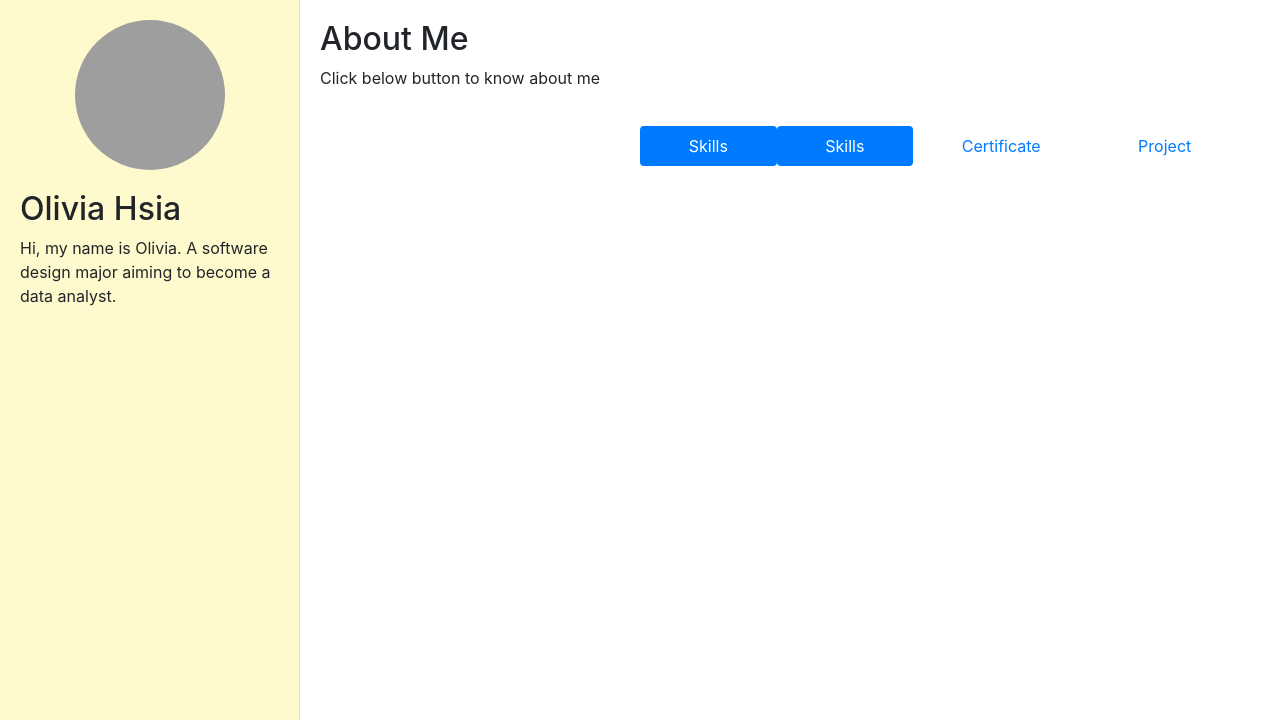
Repository: oliviahsia/FinalProject
Page: src/main/webapp/WEB-INF/main.html
These files come from the project's save history. The page is drawn as it stood at one moment and after the next save; the edit follows.
The browser window is 1280 px wide. The pictures show the whole page.
Pictures or frames that could not be fetched are drawn as grey boxes. An inner scrolling area shows only its first screen. Some web libraries are served in a nearby version.

Above is the page before, as saved 2024-03-09 18:24:55.

### src/main/webapp/WEB-INF/main.html
<!DOCTYPE html>
<html lang="en">

<head>
  <meta charset="UTF-8">
  <meta name="viewport" content="width=device-width, initial-scale=1.0">
  <title>Olivia's Portfolio</title>

  <!-- Bootstrap CSS -->
  <link rel="stylesheet" href="https://stackpath.bootstrapcdn.com/bootstrap/4.5.2/css/bootstrap.min.css">
  <!-- External CSS File -->
  <link rel="stylesheet" href="main.css">
</head>

<body>
  <div class="fixed-left">
    <!-- Content in left column -->
    <img src="https://lh3.googleusercontent.com/a/ACg8ocKWVQM9hWLLmIxDOQ-8DDjxv5seJuP0P7FXzxbhLupS1Ffm=s576-c-no"
      alt="Olivia Hsia" class="profile-pic">
    <h2>Olivia Hsia</h2>
    <p>Hi, my name is Olivia. A software design major aiming to become a data analyst. </p>
  </div>

  <div class="scrollable-right">
    <!-- Content in right column -->
    <h2>About Me</h2>
    <p>Click below button to know about me</p>

    <div class="scrollable-right">

      <!-- Navigation buttons replaced with Bootstrap nav-pills -->

      <ul class="nav nav-pills nav-fill">
        <li class="nav-item">
           <a class="nav-link active" href="#" onclick="showSection('Skills',this)">Skills</a>
                </li>

        <li class="nav-item">
          <a class="nav-link active" href="#" onclick="showSection('Skills',this)">Skills</a>
        </li>

        <li class="nav-item">
          <a class="nav-link" href="#" onclick="showSection('Certificate',this)">Certificate</a>
        </li>

        <li class="nav-item">
          <a class="nav-link" href="#" onclick="showSection('Project',this)">Project</a>
        </li>

      </ul>

<!-- Content sections (update as needed with card-like design) -->
<div id="Skills" class="content-section">
  <!-- Add card-like elements here -->
</div>
<div id="Certificate" class="content-section" style="display: none;">
  <!-- Add card-like elements here -->
</div>
<div id="Project" class="content-section" style="display: none;">
  <!-- Add card-like elements here -->
</div>



    </div>

    <!-- Add more content as needed to enable scrolling -->
  </div>

  <!-- Bootstrap JS and dependencies (Optional) -->
  <script src="https://code.jquery.com/jquery-3.5.1.slim.min.js"></script>
  <script src="https://cdn.jsdelivr.net/npm/@popperjs/core@2.5.4/dist/umd/popper.min.js"></script>
  <script src="https://stackpath.bootstrapcdn.com/bootstrap/4.5.2/js/bootstrap.min.js"></script>

  <script src="js/script.js"></script>
</body>

</html>

### src/main/webapp/WEB-INF/main.css
/* Custom styles */
body,
html {
  height: 100%;
  margin: 0;
  /* Remove default margin */
}

.fixed-left {
  position: fixed;
  top: 0;
  left: 0;
  width: 300px;
  /* Set the width of the left column */
  height: 100%;
  background-color: #FFFACD;
  /* Goose yellow for the left column */
  border-right: 1px solid #dee2e6;
  /* Optional border */
  overflow-x: hidden;
  /* Prevent horizontal scrollbar */
  padding: 20px;
  /* Optional padding */
}

.profile-pic {
  width: 150px;
  /* Adjust the size as needed */
  height: 150px;
  /* Adjust the size as needed */
  border-radius: 50%;
  /* Makes the image round */
  display: block;
  /* To center the image in the div */
  margin: 0 auto 20px;
  /* Centers the image and adds space below */
}

.scrollable-right {
  margin-left: 300px;
  /* Same as the width of the left column */
  padding: 20px;
  height: 100%;
  overflow-y: auto;
  /* Enable vertical scrollbar if content overflows */
  background-color: #FFFFFF;
  /* White for the right column */
}

.navigation-buttons button {
  padding: 10px;
  margin-right: 5px;
  cursor: pointer;
}

.content-section {
  display: none;
  /* Hide all sections by default */
}


/* Initial visible section */
#all {
  display: block;
}

### src/main/webapp/WEB-INF/js/script.js
function showSection(sectionId,buttonElement) {
  // First Hide all sections
  var sections = document.getElementsByClassName('content-section');

  for (var i = 0; i < sections.length; i++) {
    sections[i].style.display = 'none';
  }

  // Remove active class from all buttons
  var buttons = document.getElementsByClassName('nav-link');

  for (var i = 0; i < buttons.length; i++) {
    buttons[i].classList.remove('active');
  }

  // Show the selected section
  document.getElementById(sectionId).style.display = 'block';

  // Add active class to the clicked button
  buttonElement.classList.add('active');
}

After the next save:
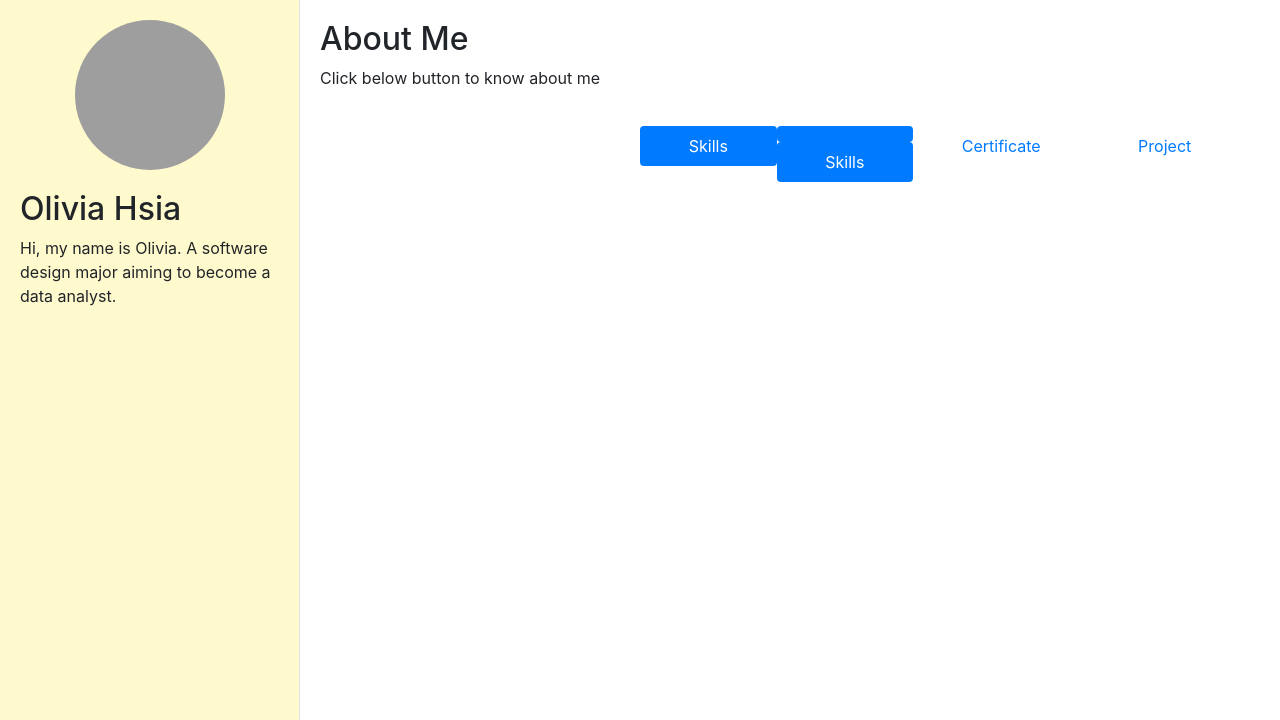
Saved 4 s later.
--- a/src/main/webapp/WEB-INF/main.html
+++ b/src/main/webapp/WEB-INF/main.html
@@ -32,8 +32,7 @@
 
       <ul class="nav nav-pills nav-fill">
         <li class="nav-item">
-           <a class="nav-link active" href="#" onclick="showSection('Skills',this)">Skills</a>
-                </li>
+           <a class="nav-link active" href="#" onclick="showSection('Skills',this)">Skills</a</li>
 
         <li class="nav-item">
           <a class="nav-link active" href="#" onclick="showSection('Skills',this)">Skills</a>

After the 4 saves that followed:
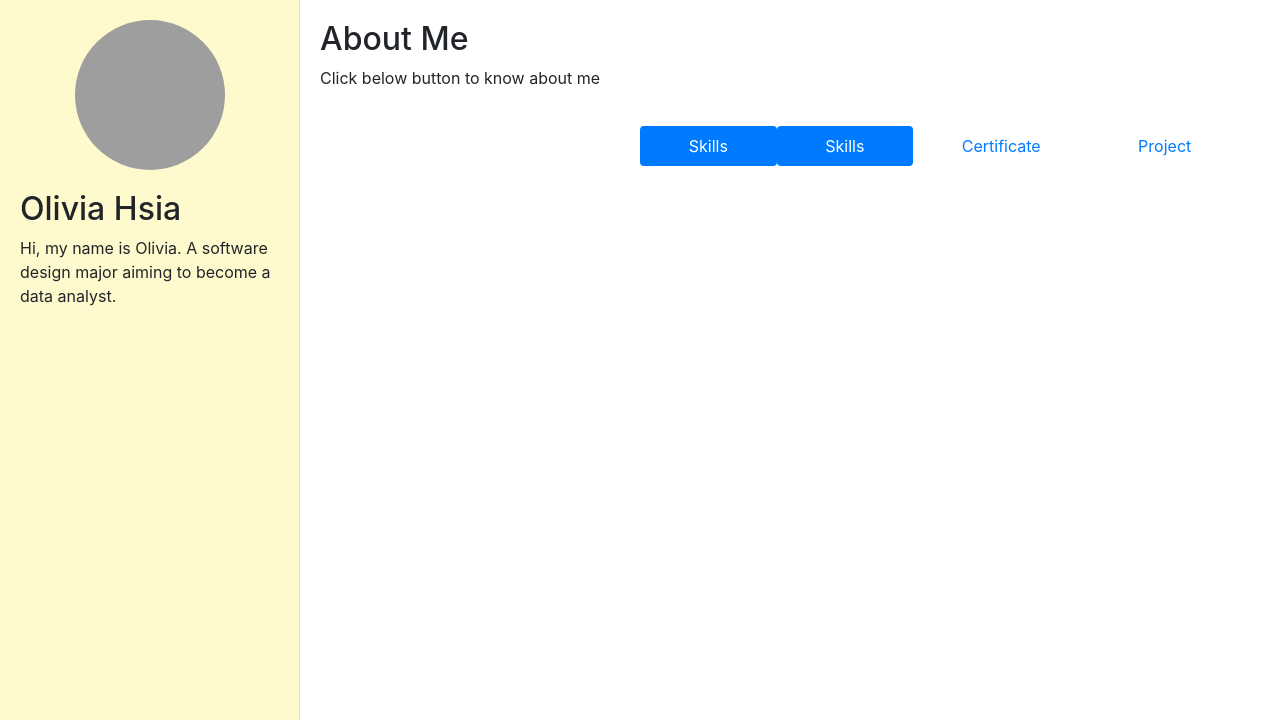
The 4 saves are shown as one change because they came seconds apart.
The last was saved 9 s later.
--- a/src/main/webapp/WEB-INF/main.html
+++ b/src/main/webapp/WEB-INF/main.html
@@ -32,7 +32,8 @@
 
       <ul class="nav nav-pills nav-fill">
         <li class="nav-item">
-           <a class="nav-link active" href="#" onclick="showSection('Skills',this)">Skills</a</li>
+           <a class="nav-link active" href="#" onclick="showSection('Skills',this)">Skills</a>
+           </li>
 
         <li class="nav-item">
           <a class="nav-link active" href="#" onclick="showSection('Skills',this)">Skills</a>
